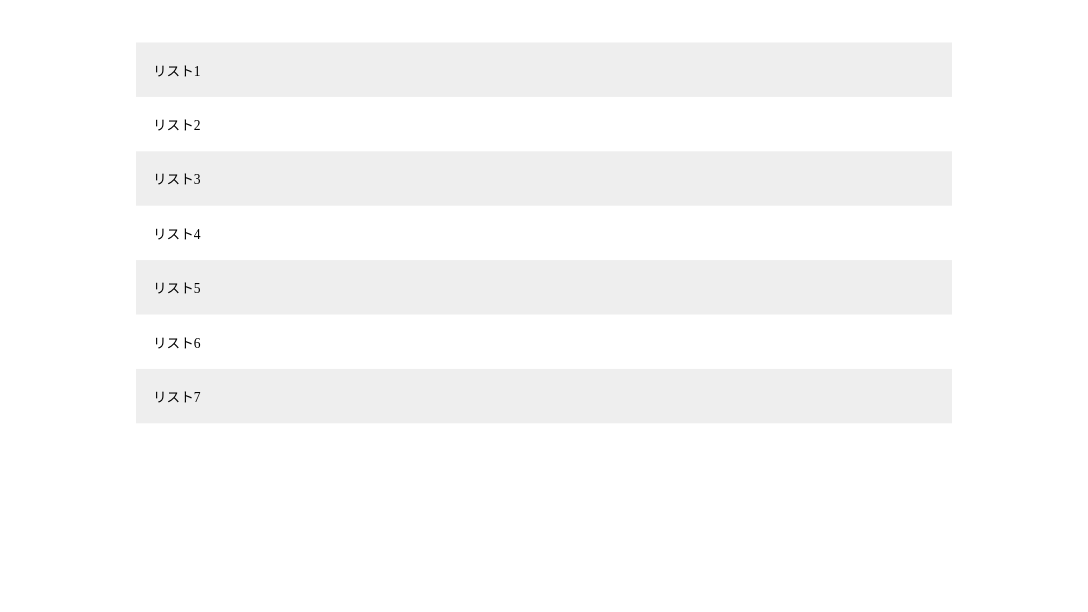
Repository: alamsamiha/html_css
Page: chapter8_exercise/ch8.html
The author's editor kept a record of every edit. The page is drawn from the files as they stood at one moment, then again after the next edit.
The browser window is 1280 px wide. The pictures show the whole page, at 85% of full size.

Above is the page before.

After the next edit:
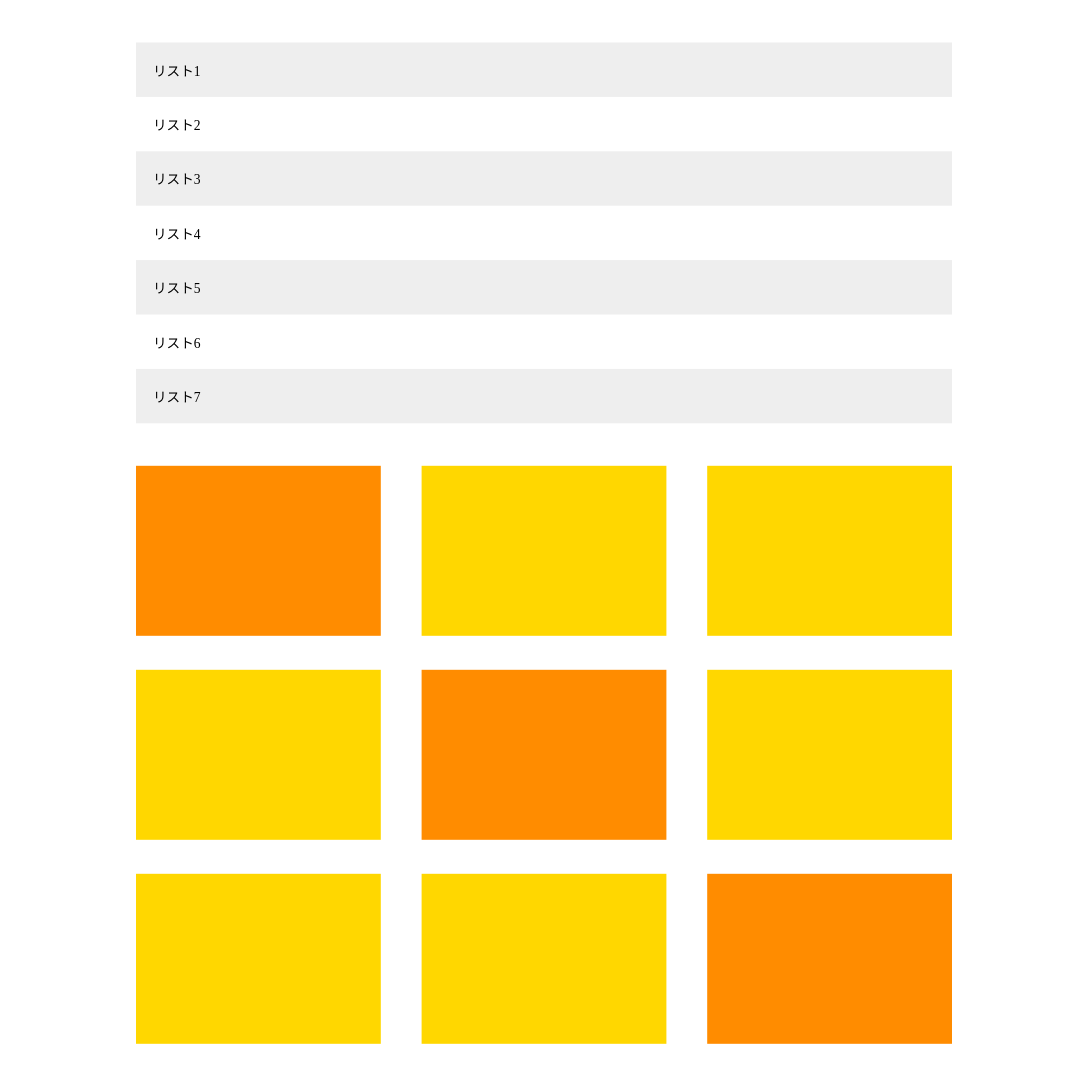
The edit:
--- a/chapter8_exercise/ch8.css
+++ b/chapter8_exercise/ch8.css
@@ -22,8 +22,29 @@
   background-color: #eee;
 }
 
-.box-item{
-  width: 30%;
+.box-list{
+  display: flex;
+  flex-wrap: wrap;
+}
+
+.box{
+  background-color: #ffd700;
+  width:30%;
   height: 200px;
+  margin-right: 5%;
+  margin-bottom: 40px;
+}
 
+.box:first-child,
+.box:nth-child(5),
+.box:last-child {
+  background-color: #ff8c00;
 }
+
+.box:nth-child(3n) {
+  margin-right: 0;
+}
+
+.box:nth-last-child(-n + 3) {
+  margin-bottom: 0;
+}
